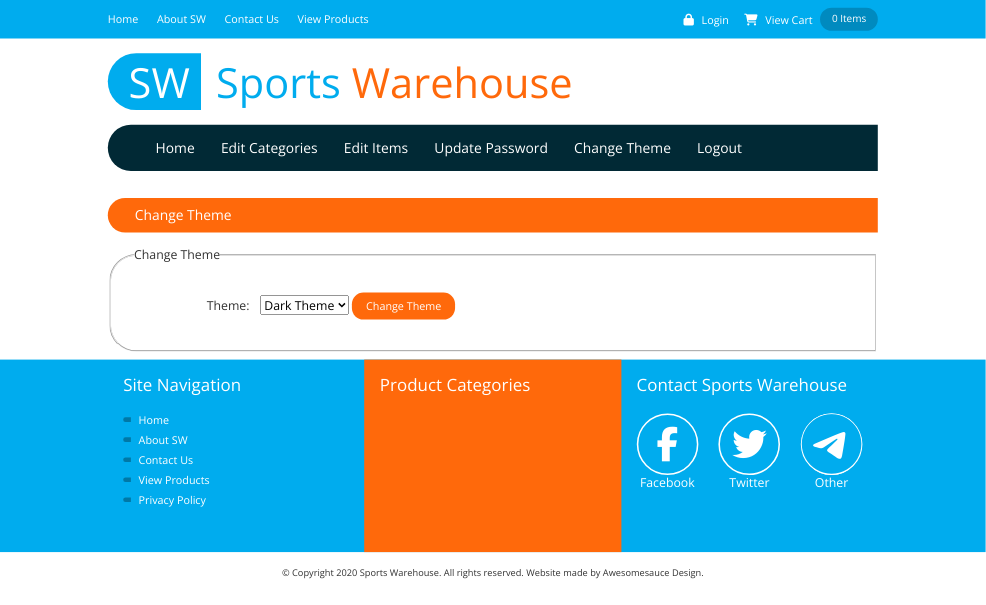
Repository: TonyHoukun-2022/sportswarehouse-php
Page: http://localhost/changeTheme.php
An editor plug-in stored every save of this project. The page is shown before and after the next save, followed by the edit.
The browser window is 1280 px wide. The pictures show the whole page, at 77% of full size.
Some web libraries are served in a nearby version. The page is run by PHP 8.4 with error messages shown; the project is at /var/www/html/. The session is filled in as if someone had signed in: {"username": "testuser"}. Queries for data that is not in the repository find no rows.

Above is the page before, as saved 2021-11-24 21:18:16.

### changeTheme.php
<?php
  require_once "classes/Authentication.php";
  require_once "classes/Category.php";

  $category = new Category();
  $categoryRows = $category->getCategories();

  if(!isset($_SESSION)) {
    session_start();
  }

  //read stylesheet theme from session
  if(isset($_SESSION["theme"])) {
    $theme = "./styles/" . $_SESSION["theme"] . ".css";
  } else {
    $theme = "./styles/style.css";
  }

  $message = "";

  if(isset($_POST["submit"])) {
    //get the selected colour theme
    $_SESSION["theme"] = $_POST["changeTheme"];
    $theme = "./styles/" . $_SESSION["theme"] . ".css";
  }

  $title = "Change Theme";
  $loginName = $_SESSION["username"];

  // start buffer
  ob_start();

  // display the create user form
  include "templates/changeTheme.html.php";

  $output = ob_get_clean();

  include "templates/loginLayout.html.php";
?>

### classes/Authentication.php
<?php
  // this class is part of the business layer it uses the DBAccess class
  require_once "DBAccess.php";

  class Authentication {
    // constants hold values that do not change
    const LoginPageURL = "login.php";
    const SuccessPageURL = "adminHome.php";

    private static $_db;

    public static function login($uname, $pword) {
      $hash = "";

      // get database settings
      include "settings/db.php";

      try {
        // create database object, as the class is static we need to use the keyword self instead of this
        self::$_db = new DBAccess($dsn, $username, $password);
      } catch (PDOException $e) {
        die("Unable to connect to database, " . $e->getmessage());
      }

      // check if user exists in database
      try {
        // connect to db
        $pdo = self::$_db->connect();

        // set up SQL and bind parameters
        $sql = "SELECT password FROM user WHERE username = :username";
        $stmt = $pdo->prepare($sql);
        $stmt->bindParam(":username", $uname, PDO::PARAM_STR);

        // execute SQ
        $hash = self::$_db->executeSQLReturnOneValue($stmt);
      } catch (PDOException $e) {
        throw $e;
      }

      if (password_verify($pword, $hash)) {
        // successful password and username match
        $_SESSION["username"] = $uname;

        // redirect the user to the success page
        header("Location: " . self::SuccessPageURL);
        exit;
      } else {
        return false;
      }
    }

    // log user out
    public static function logout() {
      // remove username from the session
      unset($_SESSION["username"]);

      // redirect the user to the login page
      header("Location: " . self::LoginPageURL);
      exit;
    }

    // check if user is logged in
    public static function protect() {
      if(!isset($_SESSION["username"])) {
        // redirect the user to the login page
        header("Location: " . self::LoginPageURL);
        exit;
      }
    }

    // create a new user
    public static function createUser ($uname, $pword) {
      // hash the password
      $hash = password_hash($pword, PASSWORD_DEFAULT);

      // get database settings
      include "settings/db.php";

      try {
        // create database object
        self::$_db = new DBAccess ($dsn, $username, $password);
      } catch (PDOException $e) {
        die("Unable to connect to datase, " . $e->getmessage());
      }

      // add user to database
      try {
        // connect to db
        $pdo = self::$_db->connect();

        // set up SQL and bind params
        $sql = "INSERT INTO user(username, password) VALUES(:username, :password)";
        $stmt = $pdo->prepare($sql);
        $stmt->bindParam(":username", $uname, PDO::PARAM_STR);
        $stmt->bindParam(":password", $hash, PDO::PARAM_STR);

        // execute SQL
        $result = self::$_db->executeNonQuery($stmt);
      } catch (PDOException $e) {
        throw $e;
      }
      return "New user added.";
    }

    // update user password
    public static function updatePassword ($newpword) {
      // hash the password
      $hash = password_hash($newpword, PASSWORD_DEFAULT);

      // get database settings
      include "settings/db.php";

      try {
        // create database object
        self::$_db = new DBAccess ($dsn, $username, $password);
      } catch (PDOException $e) {
        die("Unable to connect to datase, " . $e->getmessage());
      }

      // add user to database
      try {
        // connect to db
        $pdo = self::$_db->connect();

        // set up SQL and bind params
        $sql = "UPDATE user SET password = :newPassword";
        $stmt = $pdo->prepare($sql);
        $stmt->bindParam(":newPassword", $hash, PDO::PARAM_STR);

        // execute SQL
        $result = self::$_db->executeNonQuery($stmt);
      } catch (PDOException $e) {
        throw $e;
      }
      return "Password changed.";
    }
  }
?>

### classes/DBAccess.php
<?php
class DBAccess {
	private $_DSN;
	private $_userName;
	private $_password;
	private $_pdo;

	//set up database connection details
	public function __construct($DSN, $userName, $password) {
		$this->_DSN = $DSN;
		$this->_userName = $userName;
		$this->_password = $password;
	}

	//connect to the database
	public function connect() {
		try {
			$this->_pdo = new PDO($this->_DSN, $this->_userName, $this->_password);
			$this->_pdo->setAttribute(PDO::ATTR_ERRMODE, PDO::ERRMODE_EXCEPTION );
		}
		catch(PDOException $e) {
			die("Connection failed: " . $e->getMessage());
		}
		return $this->_pdo;
	}

	//disconnect from database
	public function disconnect() {
		$this->_pdo = "";
	}

	//execute SQL query returning back rows
	public function executeSQL($stmt) {
		try {
			$stmt->execute();
			$rows = $stmt->fetchAll();
		}
		catch(PDOException $e) {
			die("Query failed: " . $e->getMessage());
		}
		return $rows;
	}

	//return a single value
	public function executeSQLReturnOneValue($stmt) {
		try {
			//execute the query
			$stmt->execute();
			$value = $stmt->fetchColumn();
		}
		catch(PDOException $e) {
			die("Query failed: " . $e->getMessage());
		}
		return $value;
	}

	//execute insert, update and delete statements
	public function executeNonQuery($stmt, $pkid=false) {
		try {
			$value = $stmt->execute();

			//get the primary key ID generated by the DB
			if($pkid == true) {
				$value = $this->_pdo->lastInsertId();
			}
		}
		catch(PDOException $e) {
			die("Query failed: " . $e->getMessage());
		}

		//return the primary key if one was generated otherwise returns true/false
		return $value;
	}
}
?>

### classes/Category.php
<?php
// this class is part of the business layer it used the DBAccess class
require_once "DBAccess.php";

class Category {
  // private properties
  private $_categoryName;
  private $_categoryId;

  // constructor sets up the database settings and creats a DBAccess onject
  public function __construct() {
    // get datbase settings
    include "settings/db.php";

    try {
      // create database object
      $this->_db = new DBAccess ($dsn, $username, $password);
    } catch (PDOException $e) {
      die ("Unable to connect to database, " . $e->getmessage());
    }
  }

  // set and get methods
  // get category name
  public function getCategoryName($categoryId) {
    try {
      // connect to db
      $pdo = $this->_db->connect();

      // set up SQL
      $sql = "SELECT categoryName  FROM category WHERE categoryId = :categoryId";
      $stmt = $pdo->prepare($sql);
      $stmt->bindValue(":categoryId", $categoryId);

      // execuet SQL
      $rows = $this->_db->executeSQL($stmt);

      return $rows;
    } catch (PDOException $e) {
      throw $e;
    }
  }

  // get category id
  // public function getCategoryId() {
  //   try {
  //     // connect to db
  //     $pdo = $this->_db->connect();

  //     // set up SQL
  //     $sql = "SELECT categoryId  FROM category";
  //     $stmt = $pdo->prepare($sql);

  //     // execuet SQL
  //     $rows = $this->_db->executeSQL($stmt);

  //     return $rows;
  //   } catch (PDOException $e) {
  //     throw $e;
  //   }
  // }

  // get all categories
  public function getCategories() {
    try {
      // connect to db
      $pdo = $this->_db->connect();

      // set up SQL
      $sql = "SELECT categoryName, categoryId FROM category";
      $stmt = $pdo->prepare($sql);

      // execuet SQL
      $rows = $this->_db->executeSQL($stmt);

      return $rows;
    } catch (PDOException $e) {
      throw $e;
    }
  }

   // add new category
   public function addCategory() {
    // connect to db
    $pdo = $this->_db->connect();

    // set up SQL
    $sql = "insert into category(categoryId, categoryName) values ( :categoryId, :categoryName)";
    $stmt = $pdo->prepare($sql);
    $stmt->bindValue(":categoryId", $_POST["newCategoryId"], PDO::PARAM_INT);
    $stmt->bindValue(":categoryName", $_POST["newCategoryName"], PDO::PARAM_STR);
    $stmt->execute();

    // execuet SQL
    $message = "New category was added.";
  }

  // delete category
  public function deleteCategory() {
    // connect to db
    $pdo = $this->_db->connect();

    // set up SQL
    $sql = "DELETE FROM category WHERE categoryId = :categoryId";
    $stmt = $pdo->prepare($sql);
    $stmt->bindValue(":categoryId", $_POST["categoryId"], PDO::PARAM_INT);

    // execuet SQL
    $this->_db->executeNonQuery($stmt, true);
    $message = "Category was deleted.";
  }

  // modify category
  public function modifyCategory() {
    // connect to db
    $pdo = $this->_db->connect();

    // set up SQL
    $sql = "UPDATE category SET categoryName = :categoryName WHERE categoryId = :categoryId";
    $stmt = $pdo->prepare($sql);
    $stmt->bindValue(":categoryId", $_POST["categoryId"], PDO::PARAM_INT);
    $stmt->bindValue(":categoryName", $_POST["modifyCategory"], PDO::PARAM_STR);

    // execuet SQL
    $this->_db->executeNonQuery($stmt, true);
    $message = "Category was renamed.";
  }
}
?>

### settings/db.php
<?php
  //this file contains the database settings for the application
  //it detects if the application is running locally or on a remote server
  //the correct database settings are set
  //this file needs to be included in all the files that connect to the database

  //check if script is running locally
  if(  $_SERVER["SERVER_NAME"] ==   "localhost" || $_SERVER["SERVER_ADDR"] ==   "127.0.0.1"){
    //website is running unser locahost - use local DB details
      $dsn = "mysql:host=localhost;dbname=sportswarehouse;charset=utf8";
      $username = "root";
      $password = "";
      } else {
        //website is running on the remote server
        $dsn = "mysql:host=localhost;dbname=hornsbytafetest_magenta02;charset=utf8";
        $username = "hornsbytafetest_magenta02";
        $password = "phone@95#";
      }
?>

### templates/changeTheme.html.php
<div class="section-heading-container">
  <h2 class="section-heading"><?= $title ?></h2>
</div>

<form method="POST" action="changeTheme.php">
  <fieldset>
    <legend>Change Theme</legend>
    <label for="changeTheme">Theme:</label>
    <select id="changeTheme" name="changeTheme">
      <option value="darkTheme">Dark Theme</option>
      <option value="style">Light Theme</option>
    </select>
    <input type="submit" value="Change Theme" name="submit">
  </fieldset>
</form>

### templates/loginLayout.html.php
<!DOCTYPE html>
<html lang="en">
<head>
  <meta charset="UTF-8">
  <meta name="viewport" content="width=device-width, initial-scale=1.0">
  <link href="https://fonts.googleapis.com/css2?family=Open+Sans:wght@300;400&display=swap" rel="stylesheet">
  <link rel="stylesheet" type="text/css" href="<?= $theme ?>">
  <title><?= $title ?></title>
</head>

<body>
  <div class="site-wrapper">
    <header class="header-wrapper">
      <div class="top-menu-wrapper">
        <div class="top-menu">
          <!-- Mobile Cart & Login Buttons -->
          <div class="mobile mobile-menu-container">
            <button id="menu-toggle" class="mobile">
              <i class="fas fa-bars"></i>Menu
            </button>
            <a class="mobile-cart-link" href="viewCart.php">
              <button id="mobile-cart" class="mobile">
                <i class="fas fa-shopping-cart"></i>View Cart
              </button>
            </a>
            <div class="mobile cart-items">
              <p>0 Items</p>
            </div>
          </div>

          <!-- Navigation Links -->
          <nav class="menu">
            <a href="login.php">
              <button id="mobile-login" class="mobile">
                <i class="fas fa-lock"></i>Login
              </button>
            </a>
            <ul class="links">
              <li class="link">
                <a href="landing.php"><i class="far fa-circle"></i>Home</a>
              </li>
              <li class="link">
                <a href="#!"><i class="far fa-circle"></i>About SW</a>
              </li>
              <li class="link">
                <a href="contact.php"><i class="far fa-circle"></i>Contact Us</a>
              </li>
              <li class="link">
                <a href="viewProducts.php"><i class="far fa-circle"></i>View Products</a>
              </li>
            </ul>
          </nav>

          <!-- Desktop Cart & Login Buttons -->
          <a class="desktop-login-link" href="adminHome.php">
            <button id="desktop-login" class="desktop">
              <i class="fas fa-lock"></i>Login
            </button>
          </a>
          <a href="viewCart.php">
            <button id="desktop-cart" class="desktop">
              <i class="fas fa-shopping-cart"></i>View Cart
            </button>
          </a>
          <div class="desktop cart-items">
            <p>0 Items</p>
          </div>
        </div>
      </div>

      <!-- Logo -->
      <div class="logo-and-search">
        <a href="landing.php">
          <h1>
            <span class="semi-circle">SW </span>Sports <span class="special">Warehouse</span>
          </h1>
        </a>
      </div>
    </header>

    <nav class="categories-menu">
      <ul class="categories">
        <?php if (isset($_SESSION["username"])): ?>
          <li class="category"><a href="adminHome.php">Home</a></li>
          <li class="category"><a href="editCategories.php">Edit Categories</a></li>
          <li class="category"><a href="editItems.php">Edit Items</a></li>
          <li class="category"><a href="updatePassword.php">Update Password</a></li>
          <li class="category"><a href="changeTheme.php">Change Theme</a></li>
          <li id="logout" class="category"><a href="logout.php">Logout</a></li>
        <?php endif; ?>
        <?php if (!isset($_SESSION["username"])): ?>
          <li class="category"><a href="createUser.php">Create User</a></li>
          <li class="category"><a href="adminHome.php">Login</a></li>
        <?php endif; ?>
      </ul>
    </nav>

    <main class="login-pages-wrapper">
      <?= $output ?>
    </main>

    <footer>
      <div class="footer-wrapper-container">
        <div class="footer-wrapper">
          <section class="footer-navigation-container">
            <h3>Site Navigation</h3>
            <ul class="footer-navigation">
              <li><a href="landing.php">Home</a></li>
              <li><a href="#!">About SW</a></li>
              <li><a href="contact.php">Contact Us</a></li>
              <li><a href="viewProducts.php">View Products</a></li>
              <li><a href="privacyPolicy.php">Privacy Policy</a></li>
            </ul>
          </section>

          <section class="footer-categories-menu desktop">
            <h3>Product Categories</h3>
              <ul class="footer-categories">
                <?php foreach ($categoryRows as $row):
                $categoryName = $row["categoryName"];
                $categoryId = $row["categoryId"];
                ?>
                <li class="footer-category">
                  <a href="browseCategory.php?=<?= $categoryId ?>"><?= $categoryName ?></a>
                </li>
                <?php endforeach; ?>
              </ul>
          </section>

          <section class="footer-external-links">
            <h3>Contact Sports Warehouse</h3>
            <div class="external-links">
              <div class="facebook-container">
                <a href="https://www.facebook.com/" target="_blank">
                  <i class="fa fa-facebook" aria-hidden="true"></i>
                </a>
                <p>Facebook</p>
              </div>
              <div class="twitter-container">
                <a href="https://twitter.com/?lang=en" target="_blank">
                  <i class="fa fa-twitter" aria-hidden="true"></i>
                </a>
                <p>Twitter</p>
              </div>
              <div class="other-container">
                <a href="https://www.google.com/" target="_blank">
                  <i class="fa fa-telegram" aria-hidden="true"></i>
                </a>
                <p>Other</p>
              </div>
            </div>
          </section>
        </div>
      </div>

      <div class="copyright">
        <p>&copy; Copyright 2020 Sports Warehouse.</p>
        <p>All rights reserved.</p>
        <p>Website made by Awesomesauce Design.</p>
      </div>
    </footer>
  </div>
<script
src="https://code.jquery.com/jquery-3.5.1.min.js"
integrity="sha256-9/aliU8dGd2tb6OSsuzixeV4y/faTqgFtohetphbbj0="
crossorigin="anonymous">
</script>
<script src="./plugins/jquery.bxslider/jquery.bxslider.min.js"></script>
<script src="./scripts/app.js"></script>
<script src="https://kit.fontawesome.com/5888dd2011.js" crossorigin="anonymous"></script>
</body>
</html>

### templates/layout.html.php
<!DOCTYPE html>
<html lang="en">
<head>
  <meta charset="UTF-8">
  <meta name="viewport" content="width=device-width, initial-scale=1.0">
  <link href="https://fonts.googleapis.com/css2?family=Open+Sans:wght@300;400&display=swap" rel="stylesheet">
  <!-- <link rel="stylesheet" href="./styles/style.css?v=<?php echo time(); ?>"> -->
  <link rel="stylesheet" href="<?= $theme ?>?v=<?php echo time(); ?>">
  <link rel="stylesheet" href="plugins/jquery.bxslider/jquery.bxslider.min.css">
  <title><?= $title ?></title>
</head>

<body>
  <div class="site-wrapper">
    <header class="header-wrapper">
      <div class="top-menu-wrapper">
        <div class="top-menu">
          <!-- Mobile Cart & Login Buttons -->
          <div class="mobile mobile-menu-container">
            <button id="menu-toggle" class="mobile">
              <i class="fas fa-bars"></i>Menu
            </button>
            <a class="mobile-cart-link" href="viewCart.php">
              <button id="mobile-cart" class="mobile">
                <i class="fas fa-shopping-cart"></i>View Cart
              </button>
            </a>
            <div class="mobile cart-items">
              <p>0 Items</p>
            </div>
          </div>

          <!-- Navigation Links -->
          <nav class="menu">
            <a class="desktop-login-link" href="adminHome.php">
              <button id="mobile-login" class="mobile">
                <i class="fas fa-lock"></i>Login
              </button>
            </a>
            <ul class="links">
              <li class="link">
                <a href="landing.php"><i class="far fa-circle"></i>Home</a>
              </li>
              <li class="link">
                <a href="#!"><i class="far fa-circle"></i>About SW</a>
              </li>
              <li class="link">
                <a href="contact.php"><i class="far fa-circle"></i>Contact Us</a>
              </li>
              <li class="link">
                <a href="viewProducts.php"><i class="far fa-circle"></i>View Products</a>
              </li>
            </ul>
          </nav>

          <!-- Desktop Cart & Login Buttons -->
          <a class="desktop-login-link" href="adminHome.php">
            <button id="desktop-login" class="desktop">
              <i class="fas fa-lock"></i>Login
            </button>
          </a>
          <a href="viewCart.php">
            <button id="desktop-cart" class="desktop">
              <i class="fas fa-shopping-cart"></i>View Cart
            </button>
          </a>
          <div class="desktop cart-items">
            <p>0 Items</p>
          </div>
        </div>
      </div>

      <!-- Logo and Search -->
      <div class="logo-and-search">
        <a href="landing.php">
          <h1>
            <span class="semi-circle">SW </span>Sports <span class="special">Warehouse</span>
          </h1>
        </a>

        <!-- Search Bar -->
        <div class="search-container">
          <form action="searchProduct.php" method="GET">
            <input type="text" name="search" placeholder="Search Products" class="search-field">
            <button id="search-button" type="submit" name="search-button" value="search">
              <i class="fas fa-search"></i>
            </button>
          </form>
        </div>
      </div>
    </header>

    <div class="categories-menu-container">
      <div class="categories-menu">
        <ul class="categories">
          <?php foreach ($categoryRows as $row):
          $categoryName = $row["categoryName"];
          $categoryId = $row["categoryId"];
          ?>
          <li class="category">
            <a href="browseCategory.php?categoryId=<?= $categoryId ?>"><?= $categoryName ?></a>
          </li>
          <?php endforeach; ?>
        </ul>
      </div>
    </div>

    <?= $output ?>

    <footer>
      <div class="footer-wrapper-container">
        <div class="footer-wrapper">
          <section class="footer-navigation-container">
            <h3>Site Navigation</h3>
            <ul class="footer-navigation">
              <li><a href="landing.php">Home</a></li>
              <li><a href="#">About SW</a></li>
              <li><a href="contact.php">Contact Us</a></li>
              <li><a href="viewProducts.php">View Products</a></li>
              <li><a href="privacyPolicy.php">Privacy Policy</a></li>
            </ul>
          </section>

          <section class="footer-categories-menu desktop">
            <h3>Product Categories</h3>
              <ul class="footer-categories">
                <?php foreach ($categoryRows as $row):
                $categoryName = $row["categoryName"];
                $categoryId = $row["categoryId"];
                ?>
                <li class="footer-category">
                  <a href="browseCategory.php?categoryId=<?= $categoryId ?>"><?= $categoryName ?></a>
                </li>
                <?php endforeach; ?>
              </ul>
          </section>

          <section class="footer-external-links">
            <h3>Contact Sports Warehouse</h3>
            <div class="external-links">
              <div class="facebook-container">
                <a href="https://www.facebook.com/" target="_blank">
                  <i class="fa fa-facebook" aria-hidden="true"></i>
                </a>
                <p>Facebook</p>
              </div>
              <div class="twitter-container">
                <a href="https://twitter.com/?lang=en" target="_blank">
                  <i class="fa fa-twitter" aria-hidden="true"></i>
                </a>
                <p>Twitter</p>
              </div>
              <div class="other-container">
                <a href="https://www.google.com/" target="_blank">
                  <i class="fa fa-telegram" aria-hidden="true"></i>
                </a>
                <p>Other</p>
              </div>
            </div>
          </section>
        </div>
      </div>

      <div class="copyright">
        <p>&copy; Copyright 2020 Sports Warehouse.</p>
        <p>All rights reserved.</p>
        <p>Website made by Awesomesauce Design.</p>
      </div>
    </footer>
  </div>
<script
  src="https://code.jquery.com/jquery-3.5.1.min.js"
  integrity="sha256-9/aliU8dGd2tb6OSsuzixeV4y/faTqgFtohetphbbj0="
  crossorigin="anonymous">
</script>
<script src="./plugins/jquery.bxslider/jquery.bxslider.min.js"></script>
<script src="./scripts/app.js"></script>
<script src="https://kit.fontawesome.com/5888dd2011.js" crossorigin="anonymous"></script>
</body>
</html>

Loaded but not shown: plugins/jquery.bxslider/jquery.bxslider.min.js (library); plugins/jquery.bxslider/jquery.bxslider.min.css (library); scripts/app.js (184 lines, source omitted); styles/style.css (1223 lines, source omitted)

After the next save:
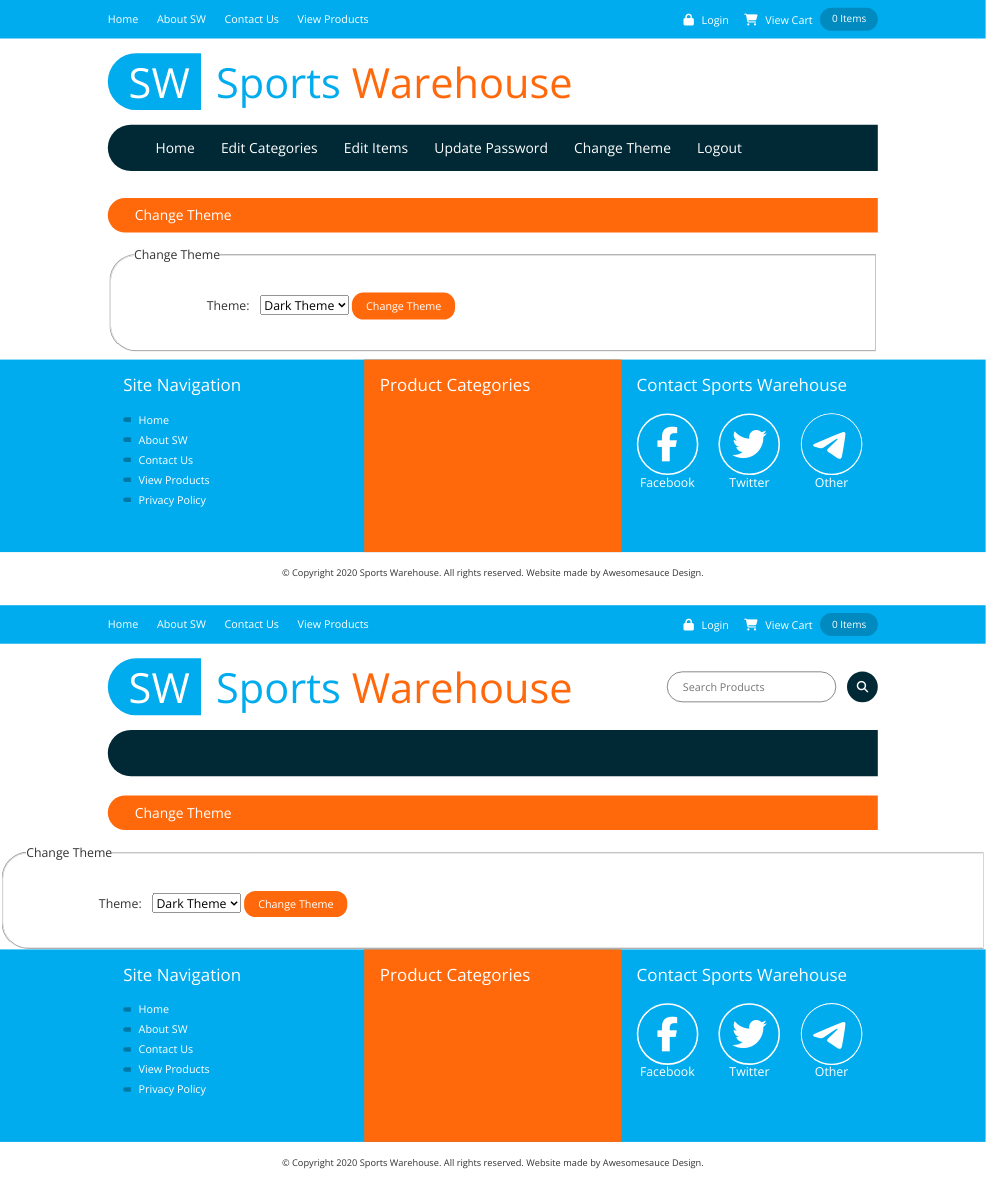
Console error: SyntaxError: Identifier 'menuToggle' has already been declared
Saved 45 s later.
--- a/changeTheme.php
+++ b/changeTheme.php
@@ -36,4 +36,5 @@
   $output = ob_get_clean();
 
   include "templates/loginLayout.html.php";
+  include "templates/layout.html.php";
 ?>
